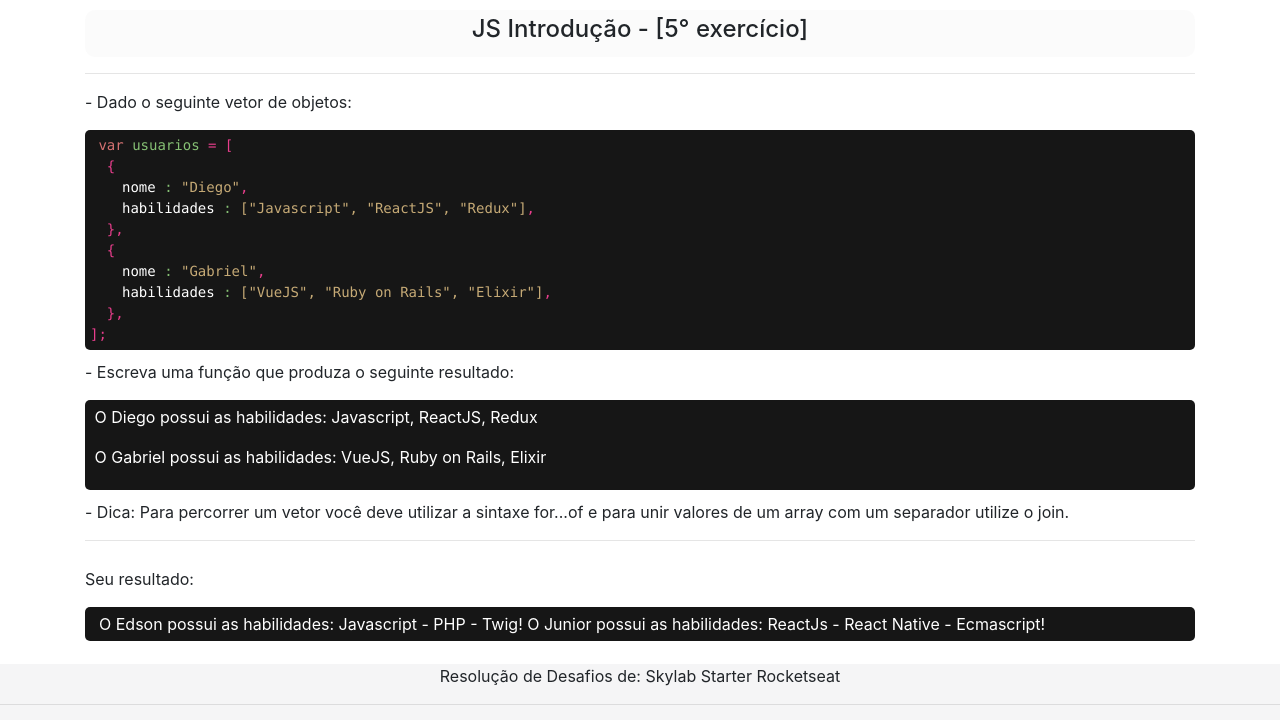
Repository: edsonjuniornarvaes/JS-Starter-Chalenge-Skylab
Page: introducao/exercicio-5/ex5.html
The author's editor kept a copy of each file at every save. The page is drawn from the files as they stood at one save, then again after the next save.
The browser window is 1280 px wide. The pictures show the whole page.

Above is the page before, as saved 2020-06-10 10:32:23.

After the next save:
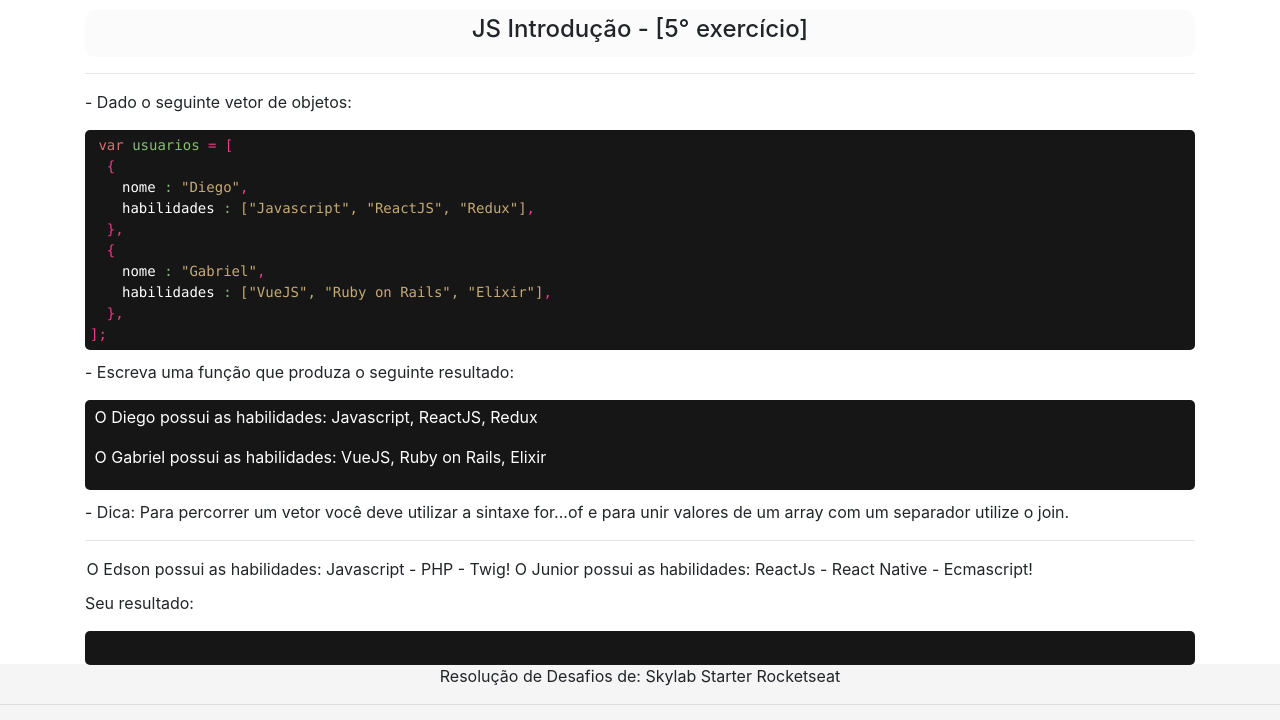
Saved 12 s later.
--- a/introducao/exercicio-5/ex5.html
+++ b/introducao/exercicio-5/ex5.html
@@ -34,7 +34,7 @@
             <p>- Dica: Para percorrer um vetor você deve utilizar a sintaxe for...of e para unir valores de um array
                 com um separador utilize o join.</p>
             <hr>
-            <div class="row" id="atv5">
+            <div class="row" id="setArr">
 
             </div>
             <p>Seu resultado:</p>

After the save that followed:
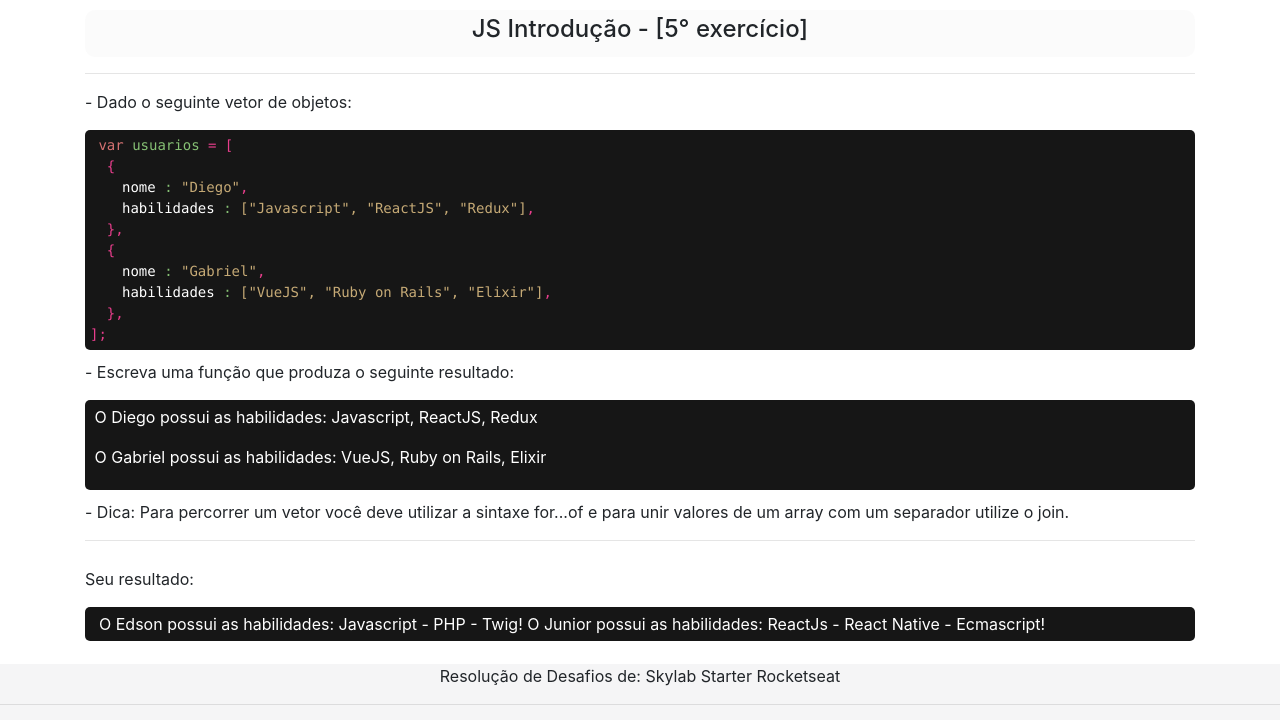
Saved 5 s later.
--- a/introducao/exercicio-5/ex5.html
+++ b/introducao/exercicio-5/ex5.html
@@ -34,7 +34,7 @@
             <p>- Dica: Para percorrer um vetor você deve utilizar a sintaxe for...of e para unir valores de um array
                 com um separador utilize o join.</p>
             <hr>
-            <div class="row" id="setArr">
+            <div class="row" id="atv5">
 
             </div>
             <p>Seu resultado:</p>
